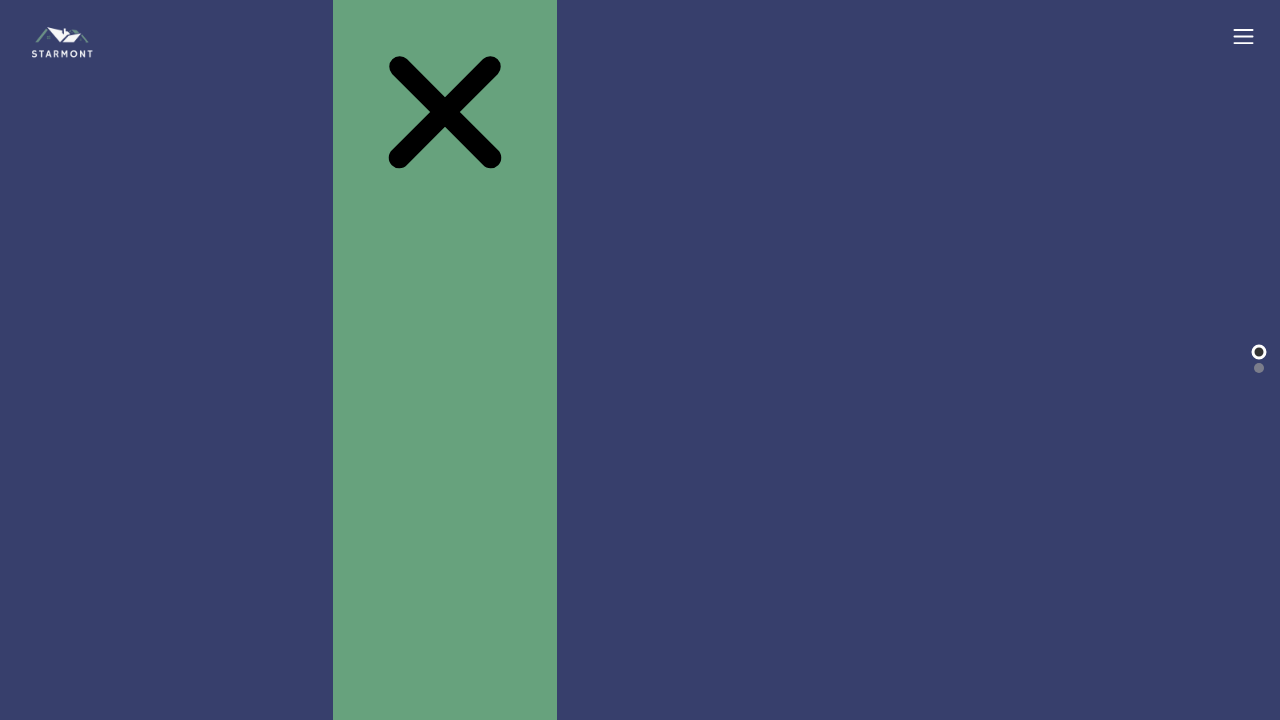
Repository: Mikolaj982/Starmont-website
Page: /
The author's editor kept a copy of each file at every save. The page is drawn from the files as they stood at one save, then again after the next save.
The browser window is 1280 px wide. The pictures show the whole page.
The project was rebuilt for these pictures with package versions that can differ from the ones it lists, and the page was loaded fresh each time. The framework's server and built-in components were replaced by stand-ins that run in the browser. Also part of the build but not shown: next.config.js.

Above is the page before, as saved 2024-01-08 09:49:13.

### src/app/layout.tsx
export default function RootLayout({
    children,
}: {
    children: React.ReactNode
}) {
    return (
        <html lang="en">
            <body>{children}</body>
        </html>
    )
}

### src/app/page.tsx
import { HomePage } from "./pages";

const Page = () => {
    return <HomePage />
}

export default Page;

### src/app/pages/index.tsx
import React from 'react'
import Slider from '../components/Slider';
import '../styles/globalStyles.css';
import Navbar from '../components/Navbar';


export const HomePage = () => {
    return (<>
        <Navbar />
        <Slider />
    </>
    )
}

### src/app/components/Slider.tsx
'use client'
import React from 'react'
import Home from './Home';
import Services from './Services';
import { Swiper, SwiperSlide } from 'swiper/react';
import { Pagination, Mousewheel } from 'swiper/modules';
import 'swiper/css';
import 'swiper/css/pagination';

const Slider = () => {
    const slideComponents = [Home, Services];
    const swiperOptions = {
        direction: 'vertical' as const,
        mousewheel: true,
        pagination: {
            clickable: true,
        },
        modules: [Mousewheel, Pagination],
    }

    return (
        <div>
            <Swiper {...swiperOptions} className='h-[100vh]'>
                {slideComponents.map((SlideComponent, index) => {
                    return <>
                        <SwiperSlide key={index}>
                            <SlideComponent />
                        </SwiperSlide>
                    </>
                })}
            </Swiper>
            <div className='swiper-pagination mr-2'></div>
        </div>
    )
}

export default Slider

### src/app/styles/globalStyles.css
@tailwind base;
@tailwind components;
@tailwind utilities;

.swiper-pagination-bullet {
    width: 10px;
    height: 10px;
    background-color: #999;
    margin: 10px 0;
    opacity: 0.7;
    border-radius: 50%;
    transition: opacity 0.3s ease-in-out;
    -webkit-transition: opacity 0.3s ease-in-out;
    -moz-transition: opacity 0.3s ease-in-out;
    -ms-transition: opacity 0.3s ease-in-out;
    -o-transition: opacity 0.3s ease-in-out;
}

  .swiper-pagination-bullet-active {
    transform: scale(1.5);
    transition: transform 0.3s ease-in-out;
    opacity: 1;
    background-color: #333;
    border: 2px solid white;
}

  .swiper-pagination-vertical {
    margin-right: 8px;
  }

### src/app/components/Navbar.tsx
'use client'
import { Bars3Icon } from '@heroicons/react/20/solid'
import React, { useState } from 'react'
import Image from 'next/image';
import logo from '../../../public/images/logo.png';
import RightSidebar from './RightSidebar';

const Navbar = () => {
    const [isOpen, setIsOpen] = useState<boolean>(false);

    const toggleSidebar = () => {
        setIsOpen((prev) => !prev);
    }

    return (<>
        <div className='fixed top-0 w-[100%] flex justify-between z-10 p-6'>
            <Image src={logo} width={100} alt='starmont logo' className='relative -top-7 -left-3' />
            <Bars3Icon className='h-[25px] text-white' onClick={() => toggleSidebar()} />
        </div>
        <RightSidebar setIsOpen={setIsOpen} isOpen={isOpen} />
    </>
    )
}

export default Navbar

### src/app/components/Home.tsx
import React from 'react'

const Home = () => {
    return (
        <div className="bg-[#373F6C] h-[100vh]"></div>
    )
}

export default Home

### src/app/components/Services.tsx
import React from 'react'

const Services = () => {
    return (
        <div className='bg-[#579da6] h-[100vh]'></div>
    )
}

export default Services

### src/app/components/RightSidebar.tsx
'use client'
import React from 'react'
import { XMarkIcon } from '@heroicons/react/16/solid';

interface RightSidebarProps {
    setIsOpen: (boolean: boolean) => void;
    isOpen: boolean;
}

const RightSidebar: React.FC<RightSidebarProps> = ({ setIsOpen, isOpen }) => {

    return (
        <div className={`w-56 h-[100vh] fixed z-20 bg-[#67A27D] transform transition-transform duration-1000 ease-in-out ${isOpen ? 'translate-x-32' : 'translate-x-[333px]'}`}>
            <XMarkIcon onClick={() => setIsOpen(false)} className='z-20 top-0' />
        </div>
    )
}

export default RightSidebar

### tailwind.config.ts
import type { Config } from 'tailwindcss'

const config: Config = {
  content: [
    './src/app/pages/**/*.{js,ts,jsx,tsx,mdx}',
    './src/app/components/**/*.{js,ts,jsx,tsx,mdx}',
    './app/**/*.{js,ts,jsx,tsx,mdx}',
  ],
  theme: {
    extend: {},
  },
  plugins: [],
}
export default config

After the next save:
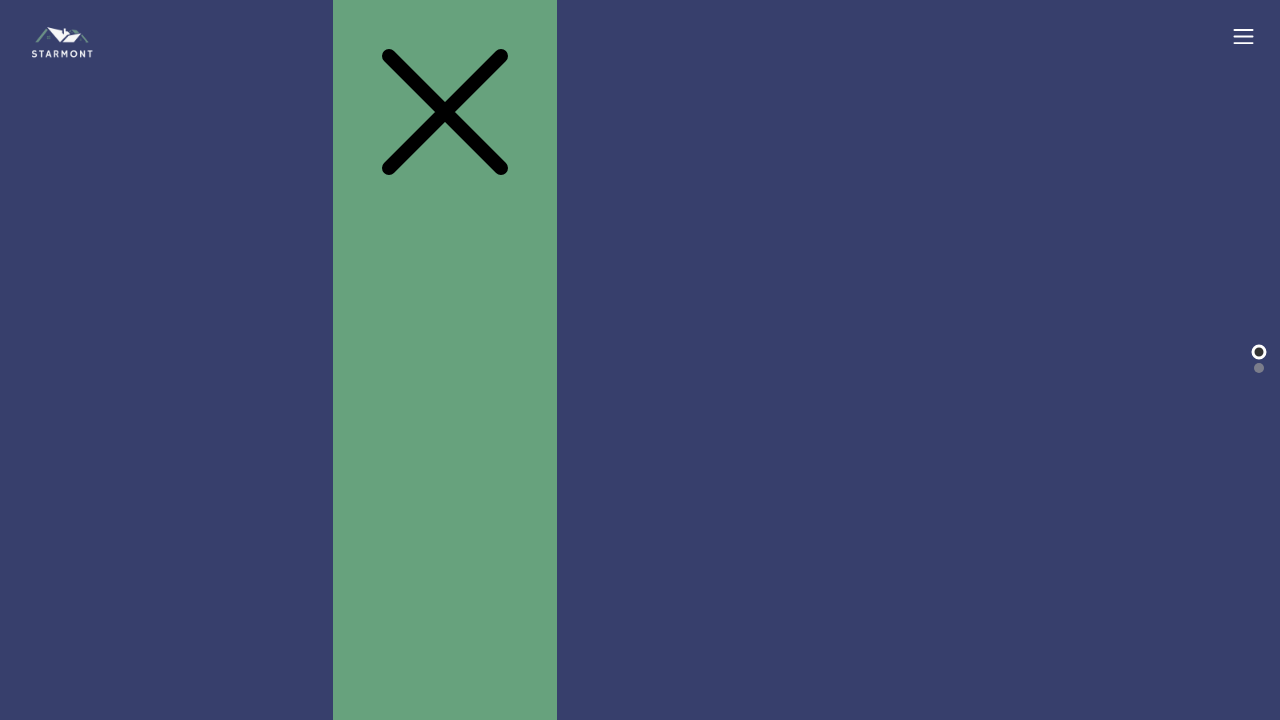
Saved 27 s later.
--- a/src/app/components/RightSidebar.tsx
+++ b/src/app/components/RightSidebar.tsx
@@ -1,6 +1,6 @@
 'use client'
 import React from 'react'
-import { XMarkIcon } from '@heroicons/react/16/solid';
+import { XMarkIcon } from '@heroicons/react/24/outline';
 
 interface RightSidebarProps {
     setIsOpen: (boolean: boolean) => void;
